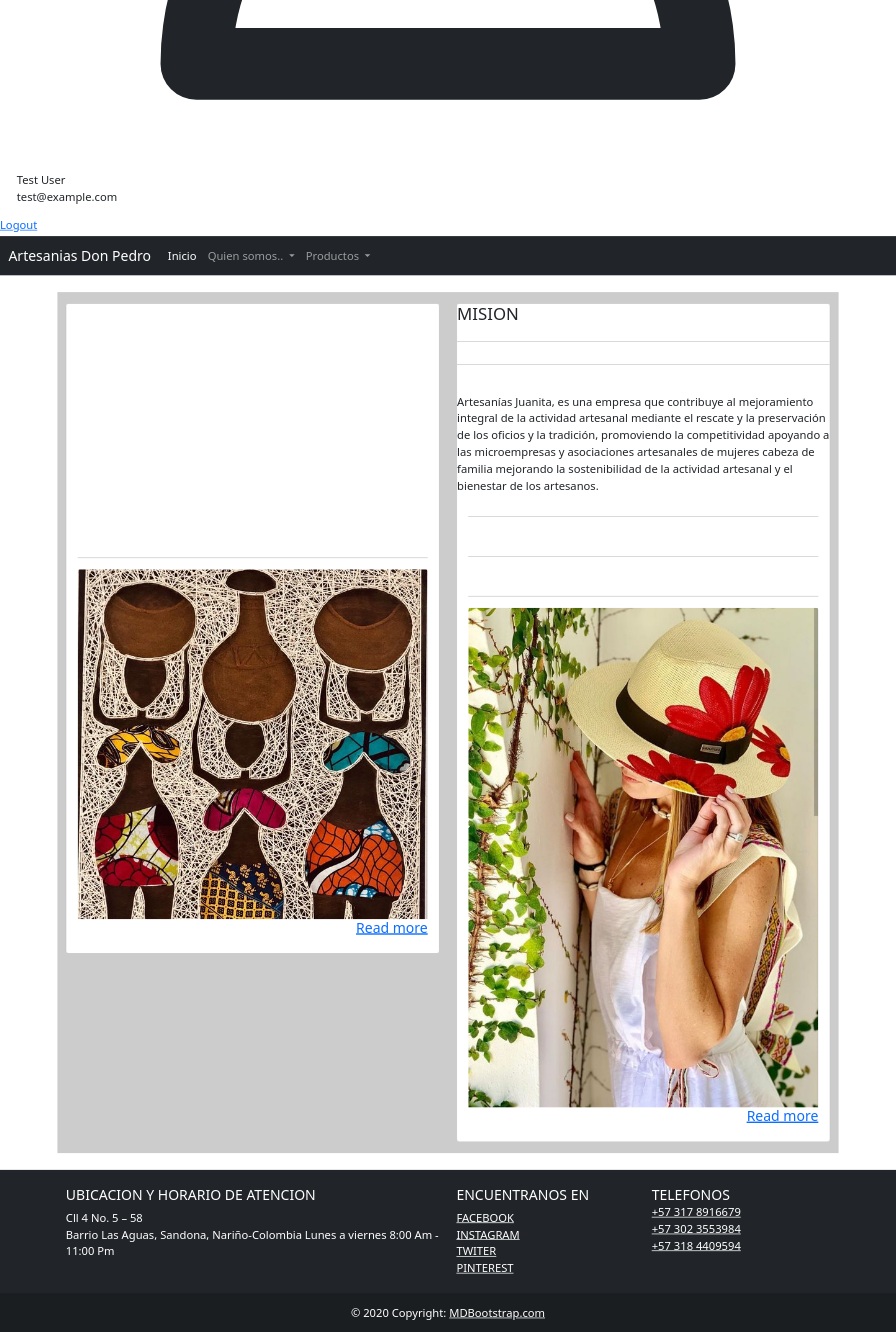
Repository: PG210/taller_artesania
Page: http://localhost/arte/mision
The author's editor kept a copy of each file at every save. The page is drawn from the files as they stood at one save, then again after the next save.
The browser window is 1280 px wide. The pictures show the part of the page from y = 2506 to 4426 px (the page is 4409 px tall before and 4426 px after), at 70% of full size.
Pictures or frames that could not be fetched are drawn as grey boxes. The page is served by the project's Laravel application, run on PHP 8.4 with Laravel 8. A made-up administrator, Test User (test@example.com), is signed in.

Above is the page before, as saved 2021-01-14 16:13:35.

After the next save:
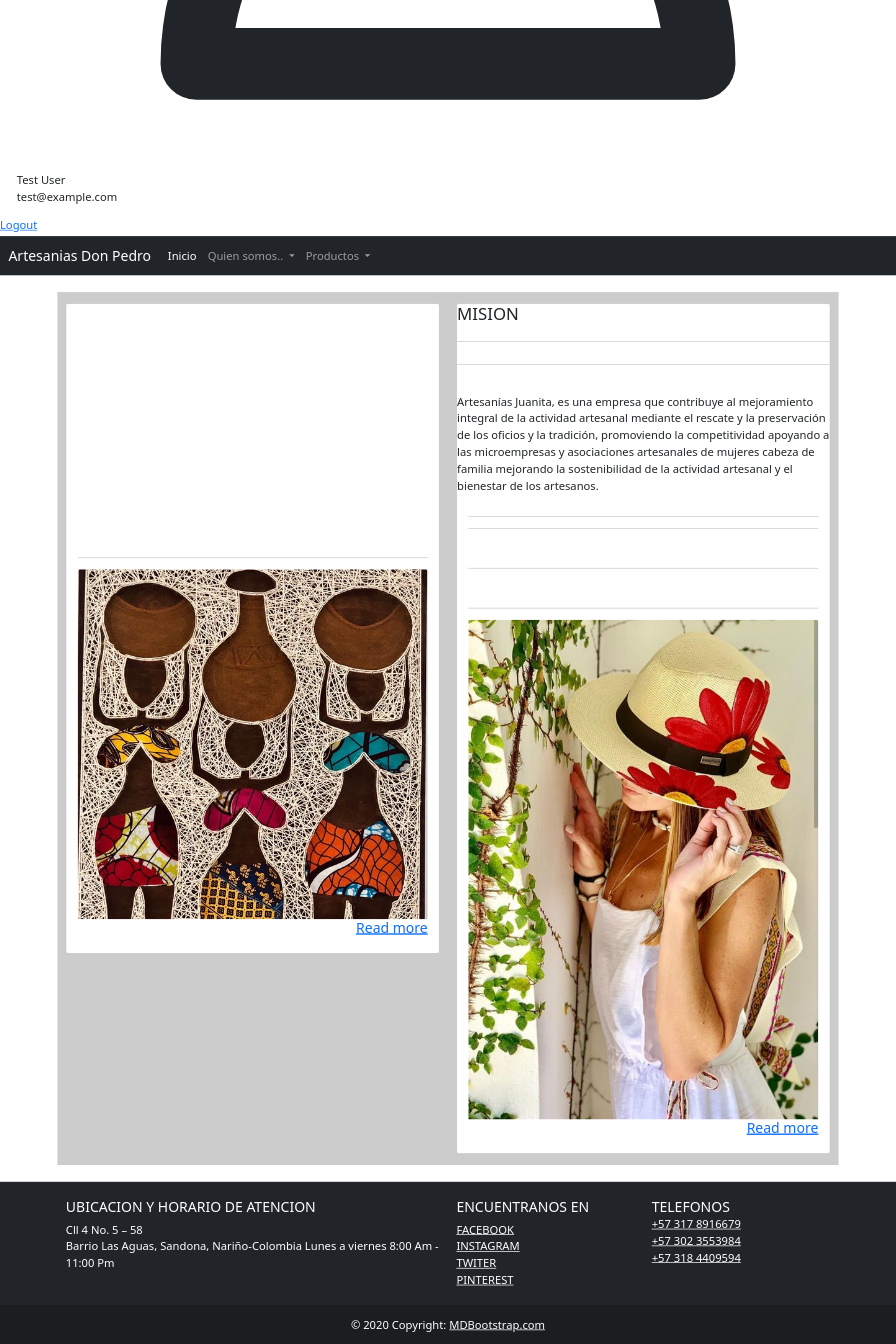
Saved 25 s later.
--- a/resources/views/arte/mision.blade.php
+++ b/resources/views/arte/mision.blade.php
@@ -81,7 +81,9 @@
                         <!-- Title -->
                         <h4 class="card-title"></h4>
                         <hr class="hr-light">
+                        <hr class="hr-light">
                         <br>
+
                         <hr class="hr-light">
                         <br>
                         <hr class="hr-light">
